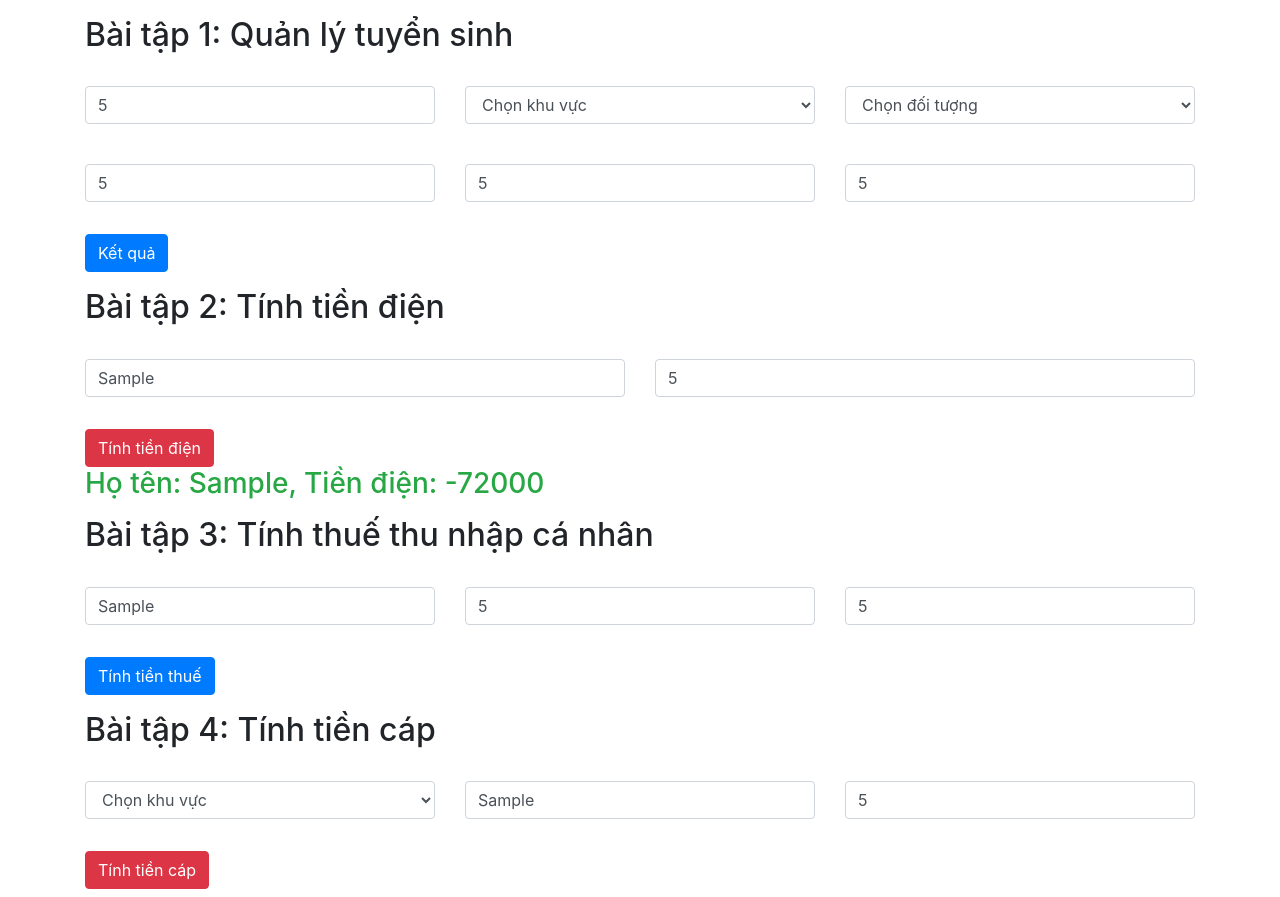
Repository: thanhfrankie/BC10-LeMinhThanh-Js-b5
Page: index.html
An editor plug-in stored every save of this project. The page is shown before and after a run of saves, followed by the edit.
The browser window is 1280 px wide. The pictures show the whole page.
Empty fields were first filled with sample values (such as "Sample", 5 or name@example.com).
After loading, the first visible `button.btn-danger` was clicked once.

Above is the page before, as saved 2023-12-15 21:27:58.

### index.html
<!DOCTYPE html>
<html lang="en">
  <head>
    <title>Title</title>
    <!-- Required meta tags -->
    <meta charset="utf-8" />
    <meta
      name="viewport"
      content="width=device-width, initial-scale=1, shrink-to-fit=no"
    />

    <!-- Bootstrap CSS -->
    <link
      rel="stylesheet"
      href="https://stackpath.bootstrapcdn.com/bootstrap/4.3.1/css/bootstrap.min.css"
      integrity="sha384-ggOyR0iXCbMQv3Xipma34MD+dH/1fQ784/j6cY/iJTQUOhcWr7x9JvoRxT2MZw1T"
      crossorigin="anonymous"
    />
  </head>
  <body>
    <!-- Bài tập 1 -->
    <div class="container">
      <h2 class="mt-3">Bài tập 1: Quản lý tuyển sinh</h2>
      <div class="row">
        <div class="col-sm-4">
          <div class="form-group">
            <label for="diem-chuan"></label>
            <input
              type="number"
              class="form-control"
              name=""
              id="diem-chuan"
              aria-describedby="helpId"
              placeholder="Điểm chuẩn"
              required
            />
          </div>
        </div>
        <div class="col-sm-4">
          <div class="form-group">
            <label for="khu-vuc"></label>
            <select class="form-control" id="khu-vuc">
              <option selected>Chọn khu vực</option>
              <option>A</option>
              <option>B</option>
              <option>C</option>
            </select>
          </div>
        </div>
        <div class="col-sm-4">
          <div class="form-group">
            <label for="doi-tuong"></label>
            <select class="form-control" id="doi-tuong">
              <option selected>Chọn đối tượng</option>
              <option>1</option>
              <option>2</option>
              <option>3</option>
            </select>
          </div>
        </div>
      </div>
      <div class="row">
        <div class="col-sm-4">
          <div class="form-group">
            <label for="diem-mon-thu-1"></label>
            <input
              type="number"
              class="form-control"
              name=""
              id="diem-mon-thu-1"
              aria-describedby="helpId"
              placeholder="Điểm môn thứ 1"
              required
            />
          </div>
        </div>
        <div class="col-sm-4">
          <div class="form-group">
            <label for="diem-mon-thu-2"></label>
            <input
              type="number"
              class="form-control"
              name=""
              id="diem-mon-thu-2"
              aria-describedby="helpId"
              placeholder="Điểm môn thứ 2"
              required
            />
          </div>
        </div>
        <div class="col-sm-4">
          <div class="form-group">
            <label for="diem-mon-thu-3"></label>
            <input
              type="number"
              class="form-control"
              name=""
              id="diem-mon-thu-3"
              aria-describedby="helpId"
              placeholder="Điểm môn thứ 3"
              required
            />
          </div>
        </div>
      </div>
      <button
        type="button"
        onclick="tuyenSinh()"
        class="btn btn-primary mt-3"
        id="ket-qua-tuyen-sinh"
      >
        Kết quả
      </button>
      <h3 id="ket-qua-cuoi-cung" class="text-success"></h3>
    </div>
    <!-- Bài tập 2 -->
    <div class="container">
      <h2 class="mt-3">Bài tập 2: Tính tiền điện</h2>
      <div class="row">
        <div class="col-sm-6">
          <div class="form-group">
            <label for="ho-ten"></label>
            <input
              type="text"
              class="form-control"
              name=""
              id="ho-ten"
              aria-describedby="helpId"
              placeholder="Nhập họ và tên"
              required
            />
          </div>
        </div>
        <div class="col-sm-6">
          <div class="form-group">
            <label for="so-kw"></label>
            <input
              type="number"
              class="form-control"
              name=""
              id="so-kw"
              aria-describedby="helpId"
              placeholder="Nhập số kw"
              required
            />
          </div>
        </div>
      </div>
      <button type="button" onclick="tinhTienDien()" class="btn btn-danger mt-3">
        Tính tiền điện
      </button>

      <h3 id="thong-tin-hoa-don" class="text-success"></h3>
    </div>
    <!-- Bài tập 3-->
    <div class="container">
      <h2 class="mt-3">Bài tập 3: Tính thuế thu nhập cá nhân</h2>
      <div class="row">
        <div class="col-sm-4">
          <div class="form-group">
            <label for="so-luong-USD"></label>
            <input
              type="text"
              class="form-control"
              name=""
              id="so-luong-USD"
              aria-describedby="helpId"
              placeholder="Nhập số tiền USD"
              required
            />
          </div>
        </div>
        <div class="col-sm-4">
          <div class="form-group">
            <label for="so-luong-USD"></label>
            <input
              type="number"
              class="form-control"
              name=""
              id="so-luong-USD"
              aria-describedby="helpId"
              placeholder="Nhập số tiền USD"
              required
            />
          </div>
        </div>
        <div class="col-sm-4">
          <div class="form-group">
            <label for="so-luong-USD"></label>
            <input
              type="number"
              class="form-control"
              name=""
              id="so-luong-USD"
              aria-describedby="helpId"
              placeholder="Nhập số tiền USD"
              required
            />
          </div>
        </div>
      </div>
      <button type="button" onclick="quyDoiTien()" class="btn btn-primary mt-3">
        Tính tiền thuế
      </button>
      <h3 id="so-luong-VND" class="text-success"></h3>
    </div>
    <!-- Bài tập 4-->
    <div class="container">
      <h2 class="mt-3">Bài tập 4: Tính tiền cáp</h2>
      <div class="row">
        <div class="col-sm-4">
          <div class="form-group">
            <label for=""></label>
            <select class="form-control" id="">
              <option selected>Chọn khu vực</option>
              <option>A</option>
              <option>B</option>
              <option>C</option>
            </select>
          </div>
        </div>
        <div class="col-sm-4">
          <div class="form-group">
            <label for="so-luong-USD"></label>
            <input
              type="text"
              class="form-control"
              name=""
              id="so-luong-USD"
              aria-describedby="helpId"
              placeholder="Nhập số tiền USD"
              required
            />
          </div>
        </div>
        <div class="col-sm-4">
          <div class="form-group">
            <label for="so-luong-USD"></label>
            <input
              type="number"
              class="form-control"
              name=""
              id="so-luong-USD"
              aria-describedby="helpId"
              placeholder="Nhập số tiền USD"
              required
            />
          </div>
        </div>
      </div>
      <button type="button" onclick="quyDoiTien()" class="btn btn-danger mt-3">
        Tính tiền cáp
      </button>

      <h3 id="so-luong-VND" class="text-success"></h3>
    </div>

    <!-- Optional JavaScript -->
    <!-- jQuery first, then Popper.js, then Bootstrap JS -->
    <script
      src="https://code.jquery.com/jquery-3.3.1.slim.min.js"
      integrity="sha384-q8i/X+965DzO0rT7abK41JStQIAqVgRVzpbzo5smXKp4YfRvH+8abtTE1Pi6jizo"
      crossorigin="anonymous"
    ></script>
    <script
      src="https://cdnjs.cloudflare.com/ajax/libs/popper.js/1.14.7/umd/popper.min.js"
      integrity="sha384-UO2eT0CpHqdSJQ6hJty5KVphtPhzWj9WO1clHTMGa3JDZwrnQq4sF86dIHNDz0W1"
      crossorigin="anonymous"
    ></script>
    <script
      src="https://stackpath.bootstrapcdn.com/bootstrap/4.3.1/js/bootstrap.min.js"
      integrity="sha384-JjSmVgyd0p3pXB1rRibZUAYoIIy6OrQ6VrjIEaFf/nJGzIxFDsf4x0xIM+B07jRM"
      crossorigin="anonymous"
    ></script>
    <script src="./index.js"></script>
  </body>
</html>

### index.js
// Bài tập 1
/**
 * B1: tạo biến, lấy giá trị từ input
 * B2: Xét các trường hợp
 * + nếu có môn điểm 0 => rớt
 * + chọn điểm chuẩn: ví dụ: 25
 * + tính điểm ưu tiên
 * + tính điểm tổng kết = tổng 3 môn thi + điểm ưu tiên
 * + so sánh điểm tổng kết và điểm chuẩn để kết luận đậu hay rớt
 * + gán sự kiện cho button
 * B3: hiển thị kết quả
 */
function tuyenSinh() {
  var diemChuan = document.getElementById("diem-chuan").value * 1;
  var diemMon1 = document.getElementById("diem-mon-thu-1").value * 1;
  var diemMon2 = document.getElementById("diem-mon-thu-2").value * 1;
  var diemMon3 = document.getElementById("diem-mon-thu-3").value * 1;
  var tongDiem3Mon = diemMon1 + diemMon2 + diemMon3;
  var khuVucA = 2;
  var khuVucB = 1;
  var khuVucC = 0.5;
  var doiTuong1 = 2.5;
  var doiTuong2 = 1.5;
  var doiTuong3 = 1;
  var isKhuVucUuTien = true;
  var isDoiTuongUuTien = true;
  var diemKhuVuc = document.getElementById("khu-vuc").value;
  var diemDoiTuong = document.getElementById("doi-tuong").value * 1;
  var diemUuTien;
  var diemTongKet;
  var ketQua = document.getElementById("ket-qua-cuoi-cung");

  if (diemMon1 || diemMon2 || diemMon3 == 0) {
    ketQua.innerText = `Kết quả: Rớt!!!`;
  }

  if (!isDoiTuongUuTien && !isKhuVucUuTien) {
    diemUuTien === 0;
    diemTongKet = tongDiem3Mon;
    if (diemTongKet < diemChuan) {
      ketQua.innerText = `Kết quả: ${diemTongKet} - Rớt!!!`;
    }
    ketQua.innerText = `Kết quả: ${diemTongKet} - Đậu `;
  }
  if (!isDoiTuongUuTien && isKhuVucUuTien) {
    if (diemKhuVuc == "A") {
      diemKhuVuc = khuVucA;
      diemUuTien = diemKhuVuc;
      diemTongKet = tongDiem3Mon + diemUuTien;
      if (diemTongKet < diemChuan) {
        ketQua.innerText = `Kết quả: ${diemTongKet} - Rớt!!!`;
      }
      ketQua.innerText = `Kết quả: ${diemTongKet} - Đậu `;
    }
    if (diemKhuVuc == "B") {
      diemKhuVuc = khuVucB;
      diemUuTien = diemKhuVuc;
      diemTongKet = tongDiem3Mon + diemUuTien;
      if (diemTongKet < diemChuan) {
        ketQua.innerText = `Kết quả: ${diemTongKet} - Rớt!!!`;
      }
      ketQua.innerText = `Kết quả: ${diemTongKet} - Đậu `;
    }
    if (diemKhuVuc == "C") {
      diemKhuVuc = khuVucC;
      diemUuTien = diemKhuVuc;
      diemTongKet = tongDiem3Mon + diemUuTien;
      if (diemTongKet < diemChuan) {
        ketQua.innerText = `Kết quả: ${diemTongKet} - Rớt!!!`;
      }
      ketQua.innerText = `Kết quả: ${diemTongKet} - Đậu `;
    }
  }
  if (isDoiTuongUuTien && !isKhuVucUuTien) {
    if (diemDoiTuong == "1") {
      diemDoiTuong = doiTuong1;
      diemUuTien = diemDoiTuong;
      diemTongKet = tongDiem3Mon + diemUuTien;
      if (diemTongKet < diemChuan) {
        ketQua.innerText = `Kết quả: ${diemTongKet} - Rớt!!!`;
      }
      ketQua.innerText = `Kết quả: ${diemTongKet} - Đậu `;
    }
    if (diemDoiTuong == "2") {
      diemDoiTuong = doiTuong2;
      diemUuTien = diemDoiTuong;
      diemTongKet = tongDiem3Mon + diemUuTien;
      if (diemTongKet < diemChuan) {
        ketQua.innerText = `Kết quả: ${diemTongKet} - Rớt!!!`;
      }
      ketQua.innerText = `Kết quả: ${diemTongKet} - Đậu `;
    }
    if (diemDoiTuong == "3") {
      diemDoiTuong = doiTuong3;
      diemUuTien = diemDoiTuong;
      diemTongKet = tongDiem3Mon + diemUuTien;
      if (diemTongKet < diemChuan) {
        ketQua.innerText = `Kết quả: ${diemTongKet} - Rớt!!!`;
      }
      ketQua.innerText = `Kết quả: ${diemTongKet} - Đậu `;
    }
  }
  if (isDoiTuongUuTien && isKhuVucUuTien) {
    if (diemDoiTuong == 1 && diemKhuVuc == "A") {
      diemUuTien = doiTuong1 + khuVucA;
      diemTongKet = tongDiem3Mon + diemUuTien;
      if (diemTongKet < diemChuan) {
        ketQua.innerText = `Kết quả: ${diemTongKet} - Rớt!!!`;
      }
      ketQua.innerText = `Kết quả: ${diemTongKet} - Đậu `;
    }
    if (diemDoiTuong == 1 && diemKhuVuc == "B") {
      diemUuTien = doiTuong1 + khuVucB;
      diemTongKet = tongDiem3Mon + diemUuTien;
      if (diemTongKet < diemChuan) {
        ketQua.innerText = `Kết quả: ${diemTongKet} - Rớt!!!`;
      }
      ketQua.innerText = `Kết quả: ${diemTongKet} - Đậu `;
    }
    if (diemDoiTuong == 1 && diemKhuVuc == "C") {
      diemUuTien = doiTuong1 + khuVucC;
      diemTongKet = tongDiem3Mon + diemUuTien;
      if (diemTongKet < diemChuan) {
        ketQua.innerText = `Kết quả: ${diemTongKet} - Rớt!!!`;
      }
      ketQua.innerText = `Kết quả: ${diemTongKet} - Đậu `;
    }
    if (diemDoiTuong == 2 && diemKhuVuc == "A") {
      diemUuTien = doiTuong2 + khuVucA;
      diemTongKet = tongDiem3Mon + diemUuTien;
      if (diemTongKet < diemChuan) {
        ketQua.innerText = `Kết quả: ${diemTongKet} - Rớt!!!`;
      }
      ketQua.innerText = `Kết quả: ${diemTongKet} - Đậu `;
    }
    if (diemDoiTuong == 2 && diemKhuVuc == "B") {
      diemUuTien = doiTuong2 + khuVucB;

      if (diemTongKet < diemChuan) {
        ketQua.innerText = `Kết quả: ${diemTongKet} - Rớt!!!`;
      }
      ketQua.innerText = `Kết quả: ${diemTongKet} - Đậu `;
    }
    if (diemDoiTuong == 2 && diemKhuVuc == "C") {
      diemUuTien = doiTuong2 + khuVucC;
      diemTongKet = tongDiem3Mon + diemUuTien;
      if (diemTongKet < diemChuan) {
        ketQua.innerText = `Kết quả: ${diemTongKet} - Rớt!!!`;
      }
      ketQua.innerText = `Kết quả: ${diemTongKet} - Đậu `;
    }
    if (diemDoiTuong == 3 && diemKhuVuc == "A") {
      diemUuTien = doiTuong2 + khuVucC;
      diemTongKet = tongDiem3Mon + diemUuTien;
      if (diemTongKet < diemChuan) {
        ketQua.innerText = `Kết quả: ${diemTongKet} - Rớt!!!`;
      }
      ketQua.innerText = `Kết quả: ${diemTongKet} - Đậu `;
    }
    if (diemDoiTuong == 3 && diemKhuVuc == "B") {
      diemUuTien = doiTuong2 + khuVucB;
      diemTongKet = tongDiem3Mon + diemUuTien;
      if (diemTongKet < diemChuan) {
        ketQua.innerText = `Kết quả: ${diemTongKet} - Rớt!!!`;
      }
      ketQua.innerText = `Kết quả: ${diemTongKet} - Đậu `;
    }
    if (diemDoiTuong == 3 && diemKhuVuc == "C") {
      diemUuTien = doiTuong3 + khuVucC;
      diemTongKet = tongDiem3Mon + diemUuTien;
      if (diemTongKet < diemChuan) {
        ketQua.innerText = `Kết quả: ${diemTongKet} - Rớt!!!`;
      }
      ketQua.innerText = `Kết quả: ${diemTongKet} - Đậu `;
    }
  }
}

// Bài tập 2
/**
 * B1: tạo biến, lấy giá trị từ input
 * B2: Tính tiền điện
 * + tạo biến để tính số tiền điện theo kw
 * + xét các trường hợp tiêu thụ điện và tính số tiền tương ứng
 * + gán sự kiện click cho button
 * B3: hiển thị kết quả
 */
function tinhTienDien() {
  var hoTen = document.getElementById("ho-ten").value;
  var soKw = document.getElementById("so-kw").value * 1;
  var ketQua = document.getElementById("thong-tin-hoa-don");
  var tienPhaiTra;
  if (soKw <= 50) {
      tienPhaiTra = soKw * 500;
    ketQua.innerText = `Họ tên: ${hoTen}, Tiền điện: ${tienPhaiTra}`;
  }
  if (50 < soKw <= 100) {
    tienPhaiTra = 50*500 + (soKw-50) * 650;
      ketQua.innerText = `Họ tên: ${hoTen}, Tiền điện: ${tienPhaiTra}`;
  }
  if (100 < soKw <= 200) {
    tienPhaiTra = 50*500 + 50*650 + (soKw -100) * 850;
    ketQua.innerText = `Họ tên: ${hoTen}, Tiền điện: ${tienPhaiTra}`;
  }
  if (200 < soKw <= 350) {
    tienPhaiTra = 50*500 + 50*650 + 100*850 + (soKw-200) * 1100;
      ketQua.innerText = `Họ tên: ${hoTen}, Tiền điện: ${tienPhaiTra}`;

  }
  if (soKw > 350) {
    tienPhaiTra = 50*500 + 50*650 + 100*850 + 150*1100+ (soKw-350) * 1300;
      ketQua.innerText = `Họ tên: ${hoTen}, Tiền điện: ${tienPhaiTra}`;
}


}

// Bài tập 3
/**
 * B1: tạo biến, lấy giá trị từ input
 * B2: Tính thuế thu nhập cá nhân
 * + tạo biến để tính lương: lương 1 ngày * số ngày làm
 * + gán sự kiện click cho button
 * B3: hiển thị kết quả
 */

After the next 2 saves:
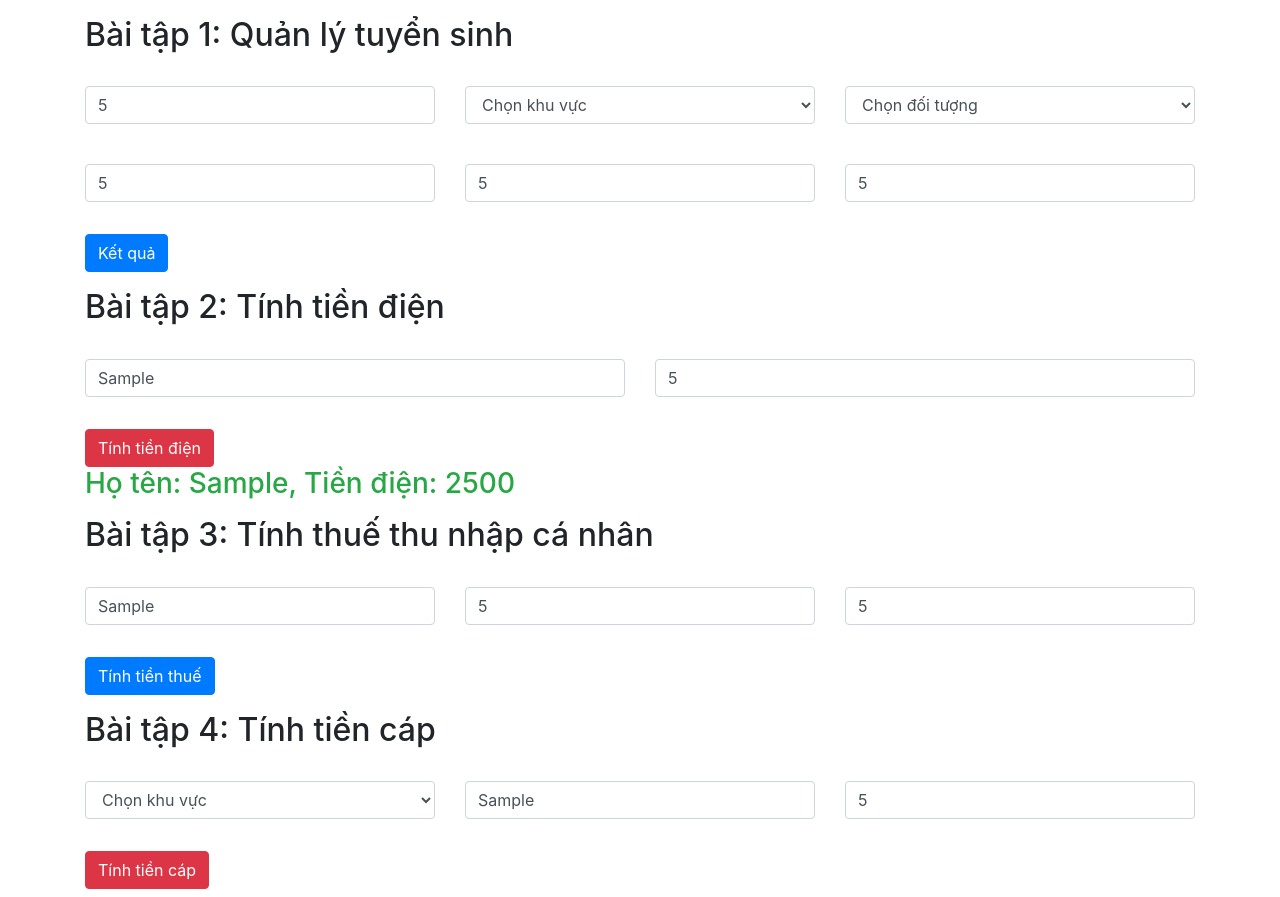
The 2 saves are shown as one change because they came seconds apart.
The last was saved 2 min 33 s later.
--- a/index.js
+++ b/index.js
@@ -192,8 +192,8 @@ function tinhTienDien() {
   var tienPhaiTra;
   if (soKw <= 50) {
       tienPhaiTra = soKw * 500;
-    ketQua.innerText = `Họ tên: ${hoTen}, Tiền điện: ${tienPhaiTra}`;
-  }
+    }
+    return ketQua.innerText = `Họ tên: ${hoTen}, Tiền điện: ${tienPhaiTra}`;
   if (50 < soKw <= 100) {
     tienPhaiTra = 50*500 + (soKw-50) * 650;
       ketQua.innerText = `Họ tên: ${hoTen}, Tiền điện: ${tienPhaiTra}`;
